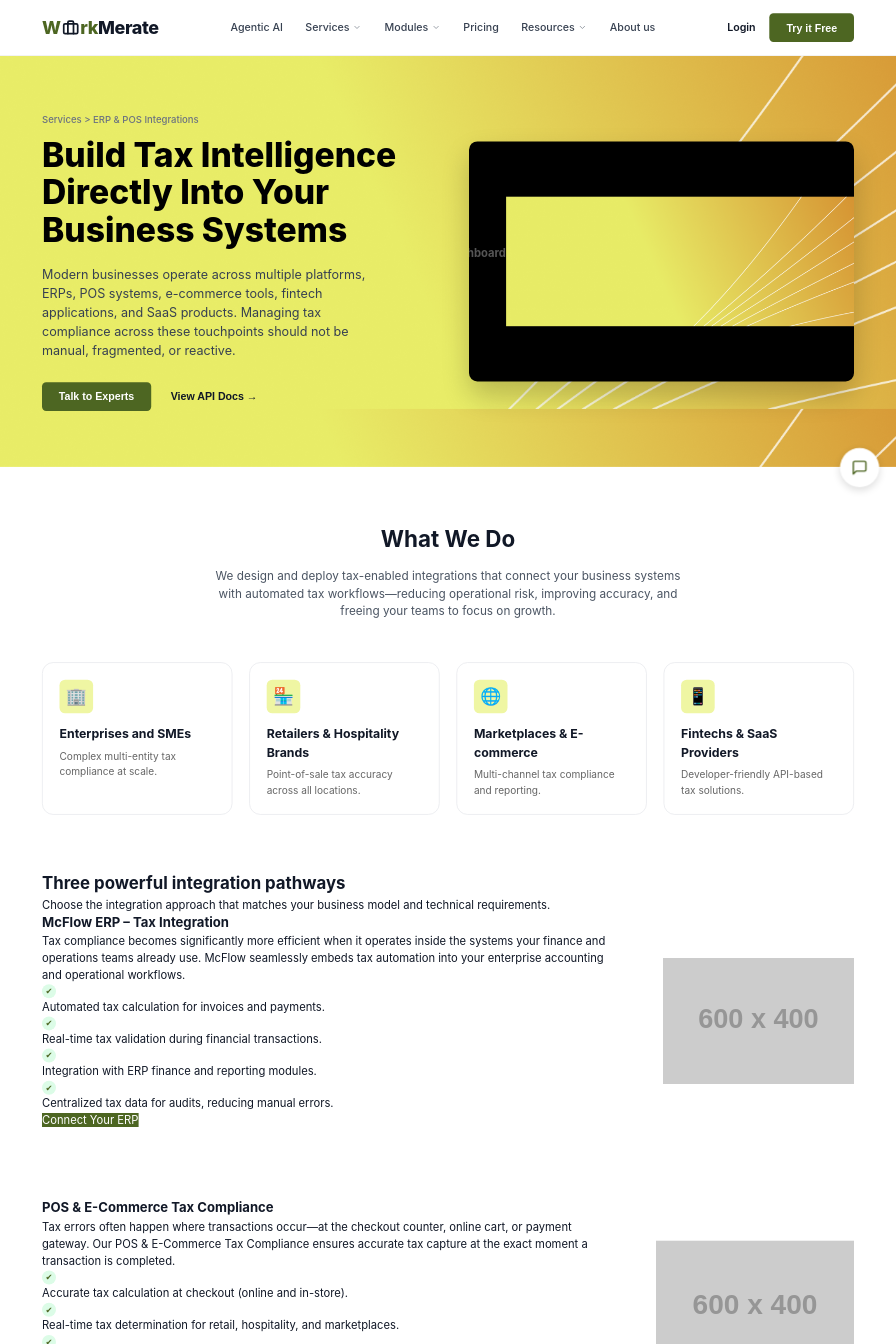
Repository: AYANO-EMMANUEL/workmerate
Page: erp-pos.html
An editor plug-in stored every save of this project. The page is shown before and after a run of saves, followed by the edit.
The browser window is 1280 px wide. The pictures show the part of the page from y = 0 to 1920 px (the page is 4216 px tall), at 70% of full size.

Above is the page before, as saved 2026-01-31 17:52:55.

After the next 4 saves:
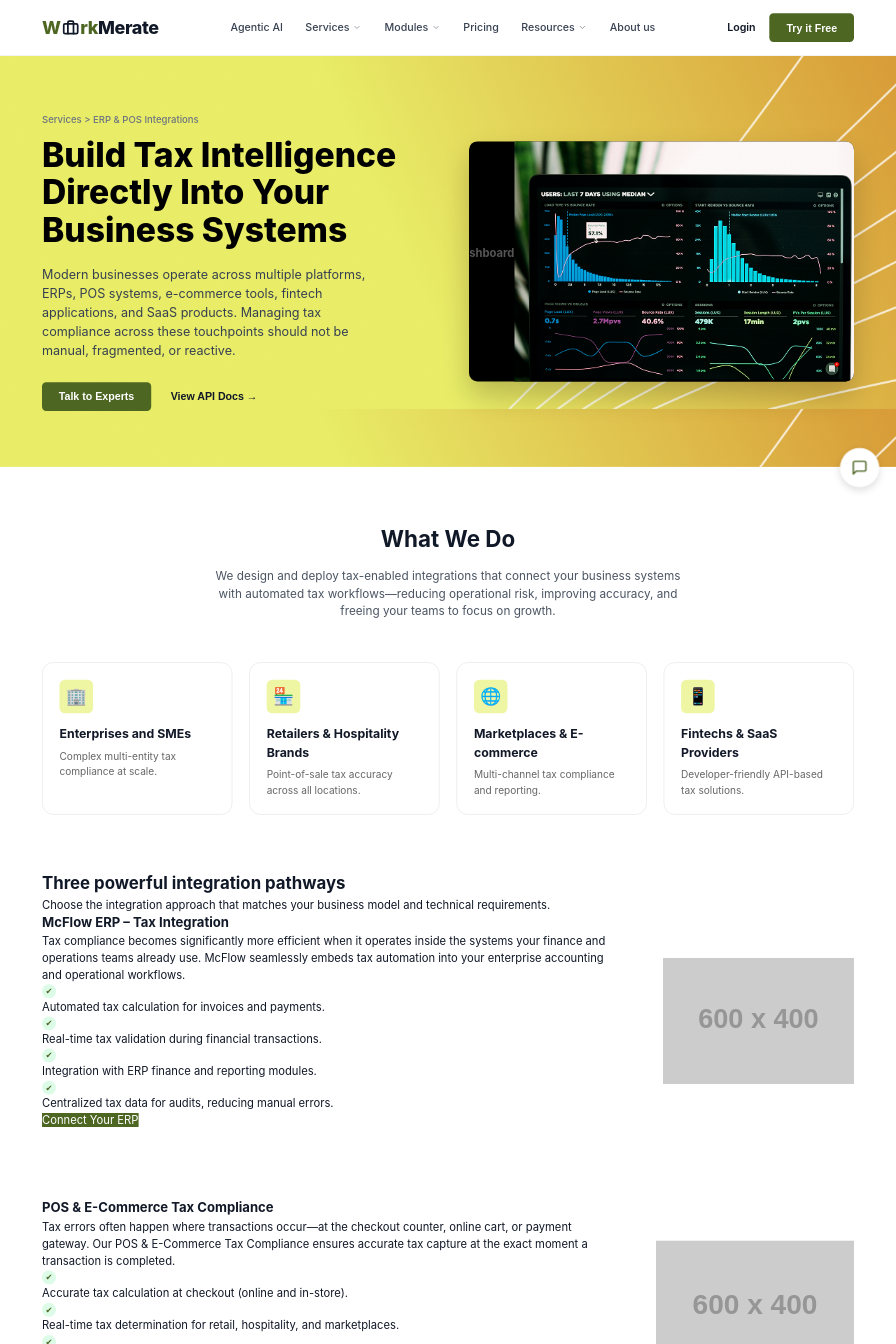
The 4 saves are shown as one change because they came seconds apart.
The last was saved 32 s later.
--- a/erp-pos.html
+++ b/erp-pos.html
@@ -103,7 +103,7 @@
           </div>
         </div>
         <div class="wm-hero-img-wrapper">
-          <img src="./assets/erp-hero.png" alt="">
+          <img src="./assets/erp-dashboard.png" alt="">
           </div>
         </div>
       </div>
